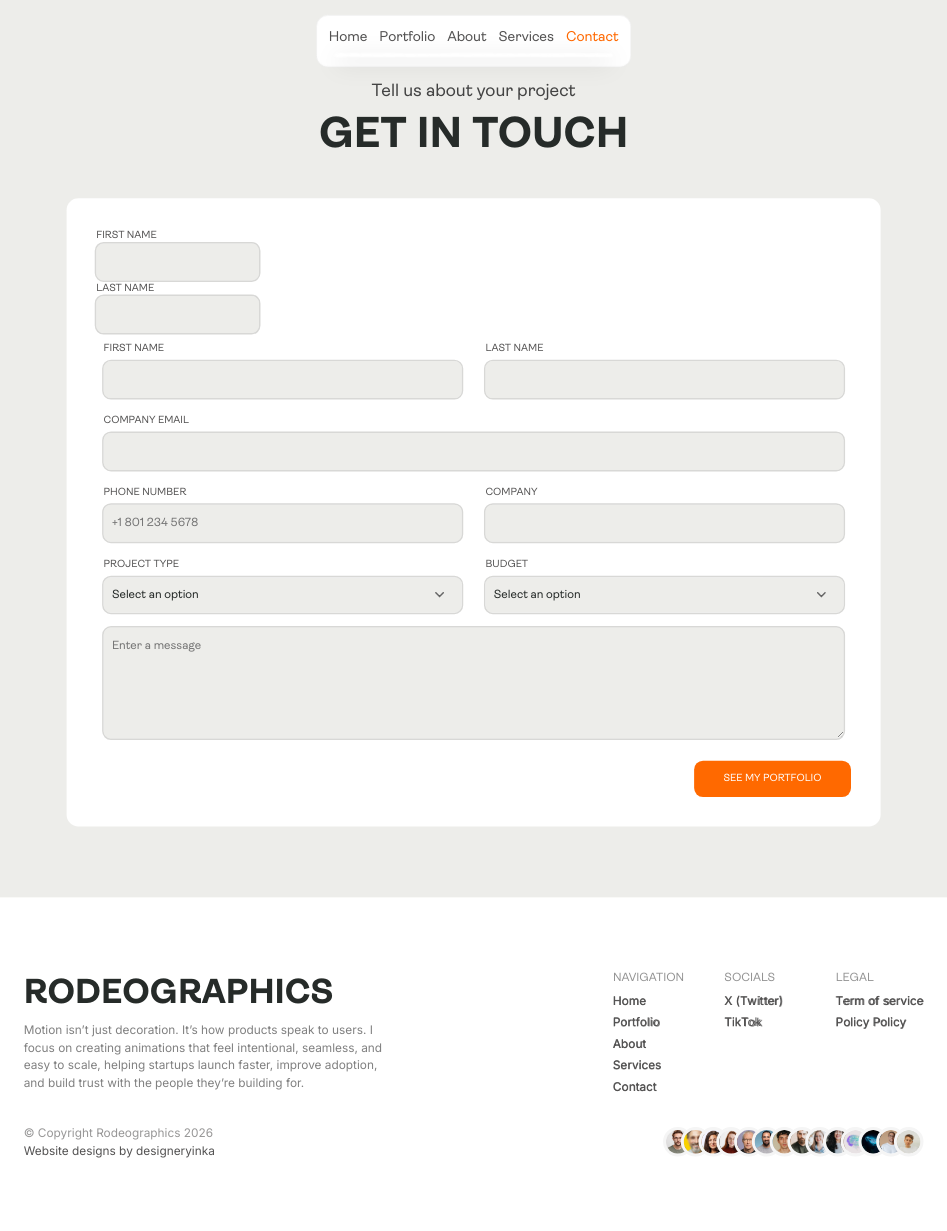
Repository: Ajeyinka/RodeoGraphics
Page: contact.html
The author's editor kept a copy of each file at every save. The page is drawn from the files as they stood at one save, then again after the next save.
The browser window is 1280 px wide. The pictures show the whole page, at 74% of full size.

Above is the page before, as saved 2026-02-21 20:59:53.
Console error: ReferenceError: gsap is not defined

After the next save:
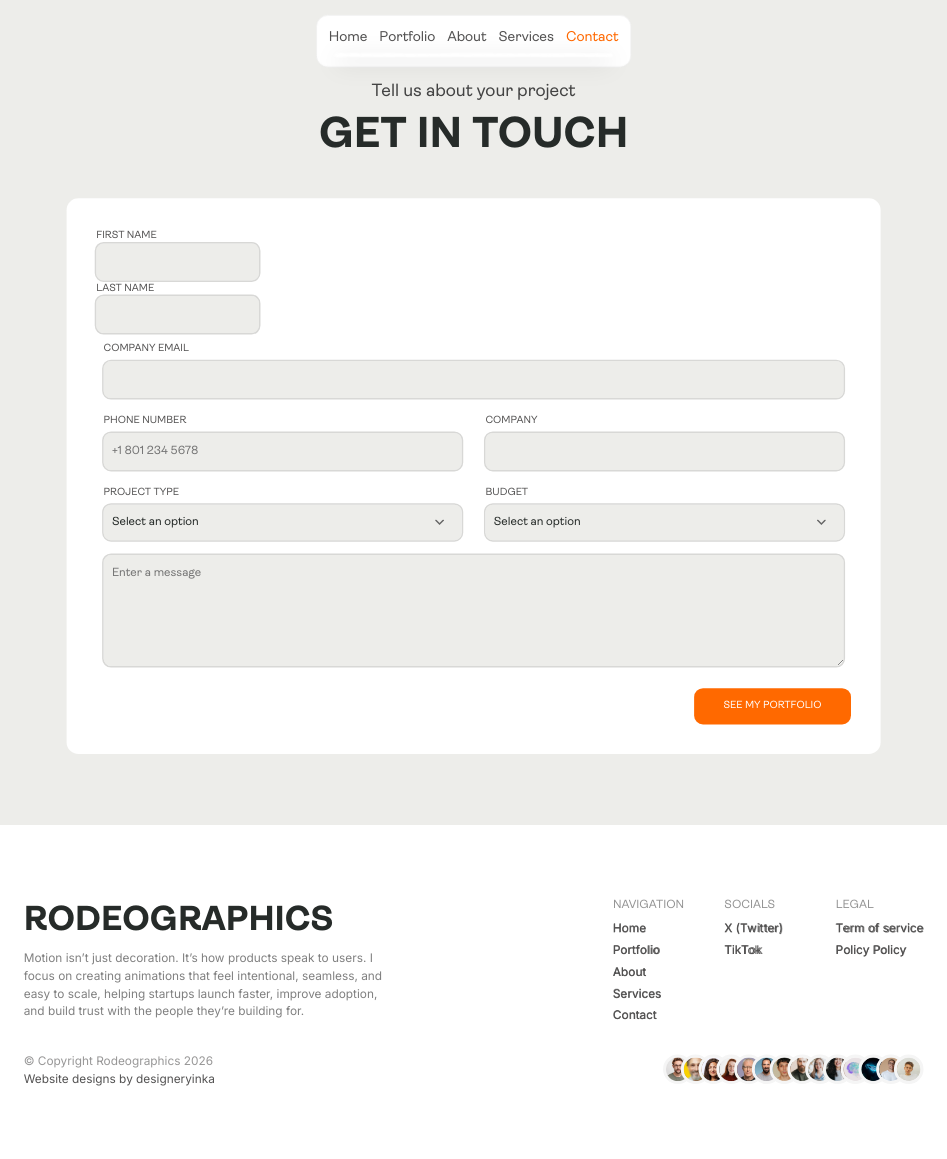
Saved 23 s later.
--- a/contact.html
+++ b/contact.html
@@ -102,27 +102,7 @@
                     required
                   />
                 </div>
-                <fieldset>
-                  <label for="firstName">
-                    First Name
-                    <input
-                      type="text"
-                      name="firstName"
-                      class="input"
-                      id="firstName"
-                      required
-                    />
-                  </label>
-                  <label for="lastName">
-                    Last Name
-                    <input
-                      type="text"
-                      name="lastName"
-                      class="input"
-                      id="lastName"
-                    />
-                  </label>
-                </fieldset>
+
                 <fieldset class="col-one">
                   <label for="email">
                     Company EMail
